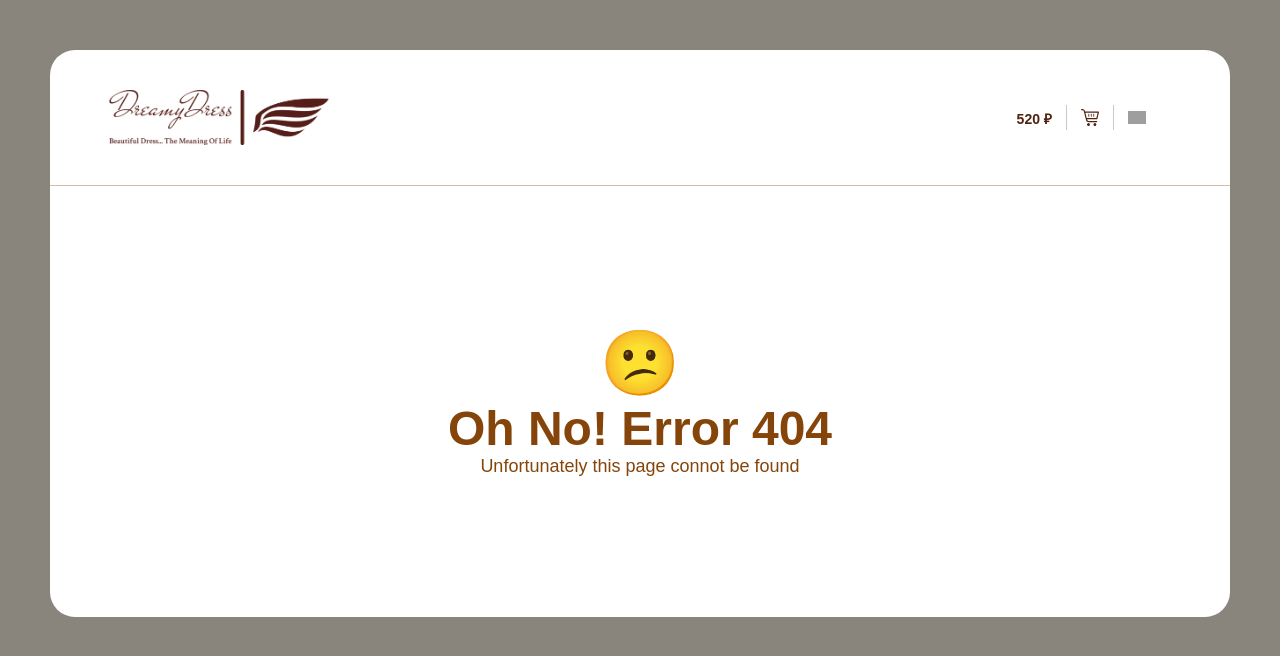
Repository: DisasterWoman/SPA-shop
Page: /not-found
These files come from the project's save history. The page is drawn as it stood at one moment and after a run of saves; the edit follows.
The browser window is 1280 px wide. The pictures show the whole page.
Pictures or frames that could not be fetched are drawn as grey boxes. Some web fonts or font styles are not loaded; a fallback is used. The project was rebuilt for these pictures with package versions that can differ from the ones it lists, and the page was loaded fresh each time. Also part of the build but not shown: src/components/Categories/Categories.jsx, src/components/Sort/_sort.scss, src/components/Sort/Sort.jsx, src/components/SearchBar/_searchBar.scss, src/components/SearchBar/SearchBar.jsx, src/components/Buttons/ButtonAdd.jsx, src/components/DressBlock/_dress-block.scss, src/components/DressBlock/DressBlock.jsx and 2 more.

Above is the page before, as saved 2022-12-07 20:56:03.

After the next 2 saves:
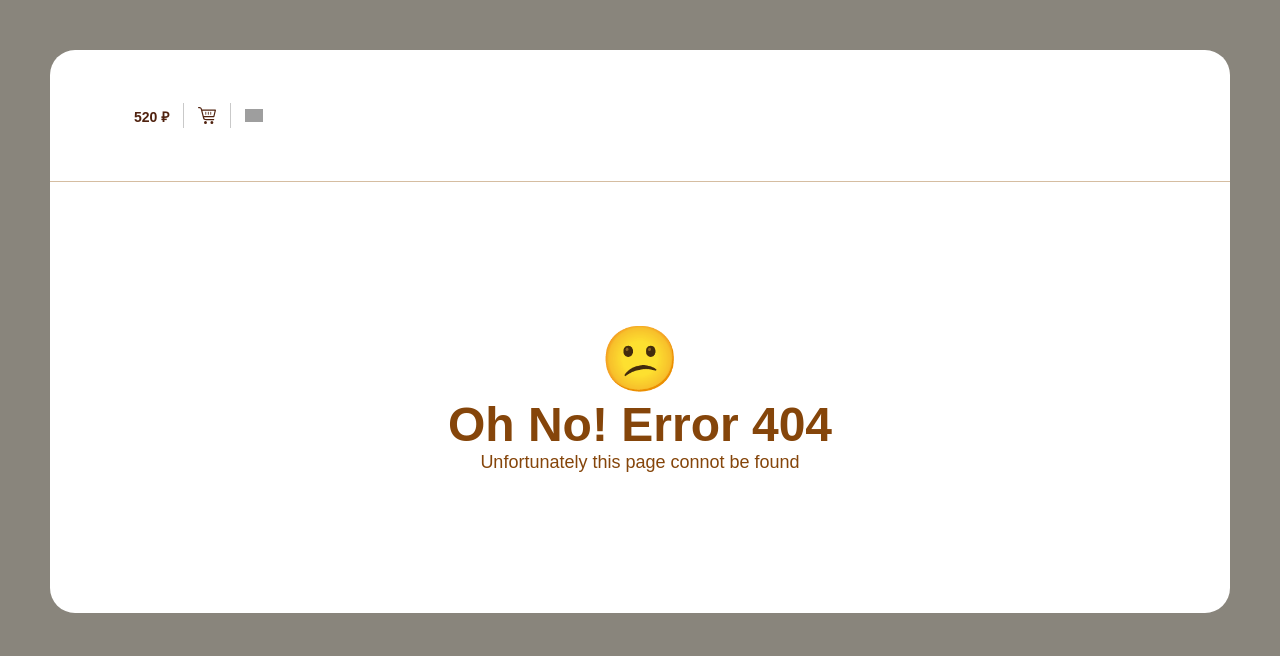
The 2 saves are shown as one change because they came seconds apart.
The last was saved 117 s later.
--- a/src/components/Header/Header.jsx
+++ b/src/components/Header/Header.jsx
@@ -5,10 +5,7 @@ function Header() {
   return (
     <div className="header">
       <div className="container">
-        <div className="header__logo">
-          <img width="220" src="/dreamy-dress.png" alt="logo" />
-          <div></div>
-        </div>
+
         <div className="cart-wrap">
           <ButtonHeader />
         </div>
